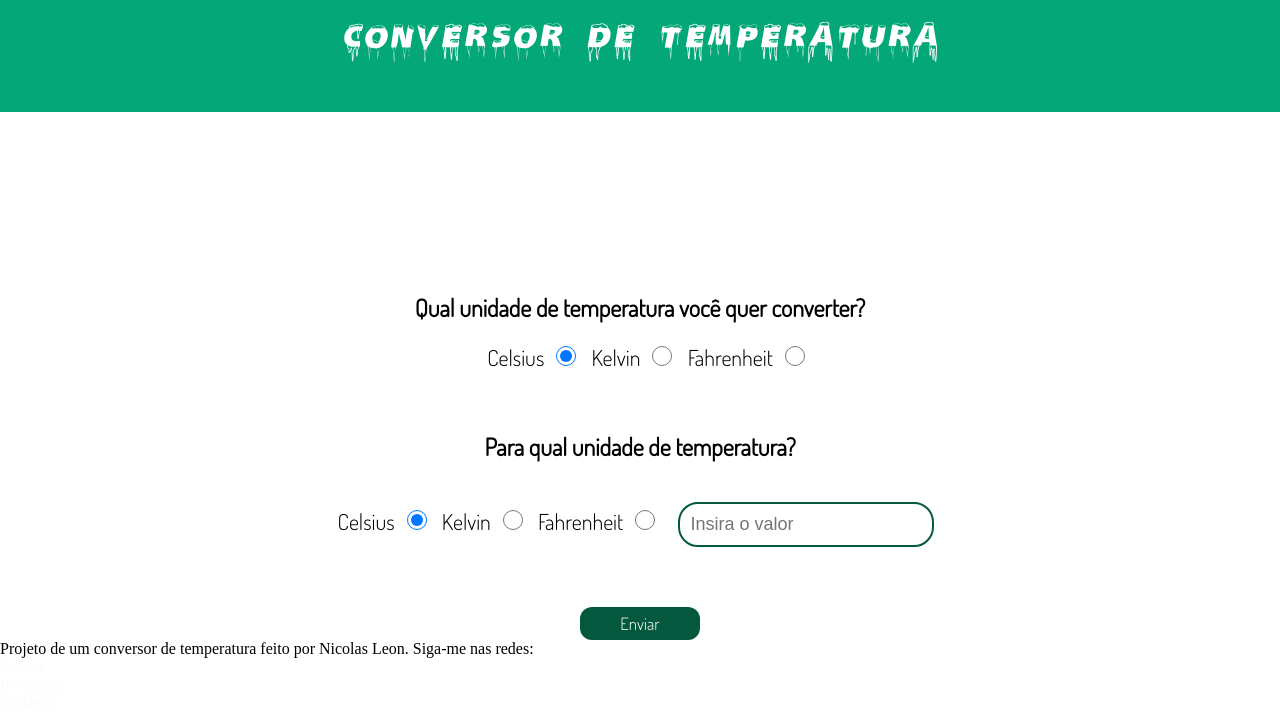
Repository: Leonngc/Conversor-de-temperatura
Page: index.html
The author's editor kept a copy of each file at every save. The page is drawn from the files as they stood at one save, then again after a run of saves.
The browser window is 1280 px wide. The pictures show the whole page.
Some icons come from a web library that is not loaded, so they are not drawn.

Above is the page before, as saved 2023-02-10 23:37:04.

After the next 4 saves:
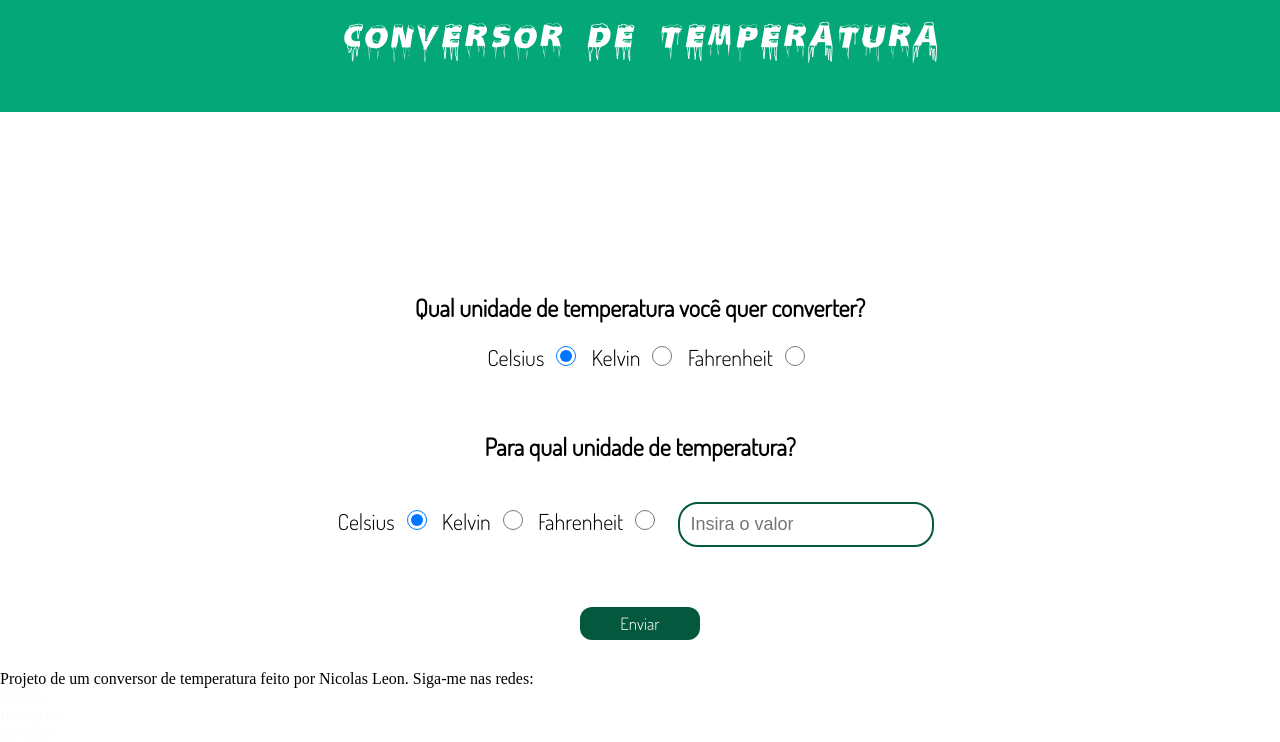
The 4 saves are shown as one change because they came seconds apart.
The last was saved 19 s later.
--- a/style.css
+++ b/style.css
@@ -126,3 +126,7 @@ label{
     width: 117px;
     padding: 4px;
 }
+
+footer{
+    margin-top: 30px;
+}
